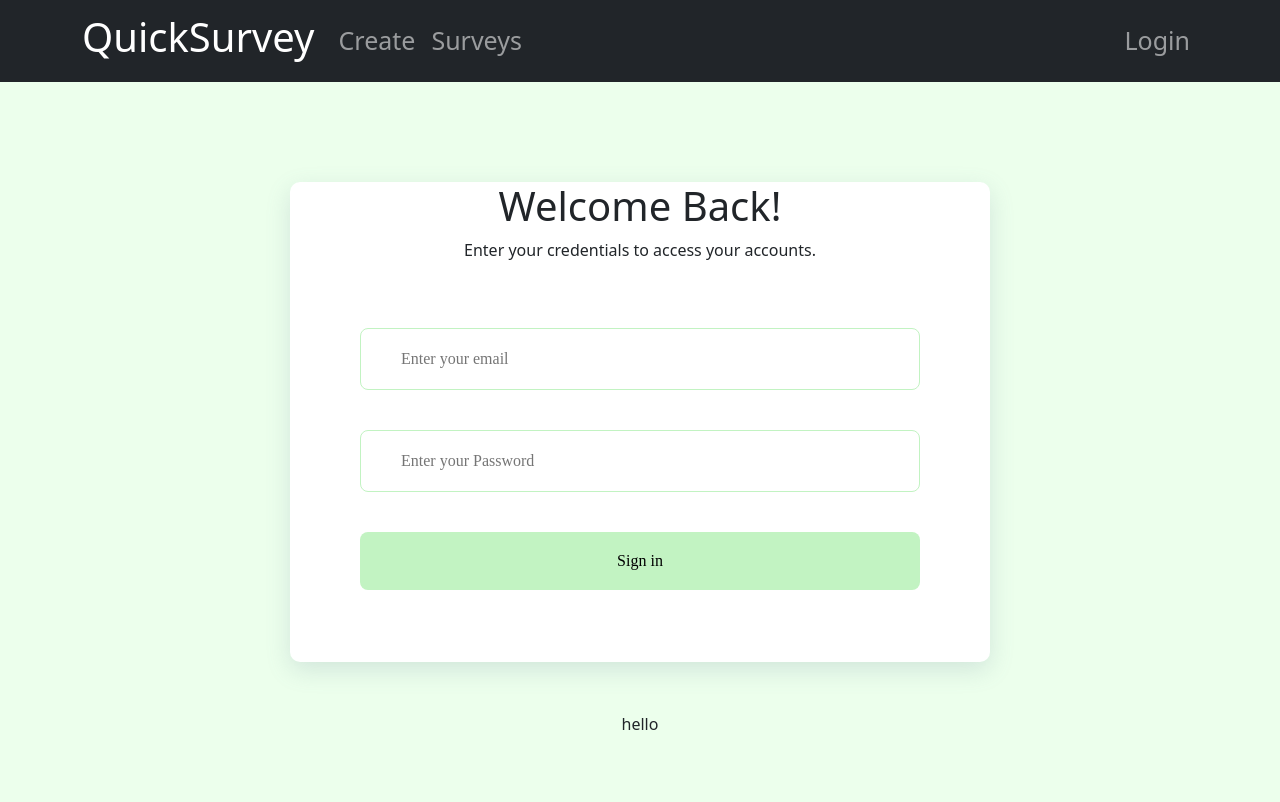
Repository: cakuang1/QuickSurveyReact
Page: /login
The author's editor kept a copy of each file at every save. The page is drawn from the files as they stood at one save, then again after the next save.
The browser window is 1280 px wide. The pictures show the whole page.
The project was rebuilt for these pictures with package versions that can differ from the ones it lists, and the page was loaded fresh each time. Also part of the build but not shown: src/index.css, src/pages/home/home.js, src/pages/create/create.js, src/pages/pastsurveys/pastsurveys.js.

Above is the page before, as saved 2022-07-24 18:22:40.

After the next save:
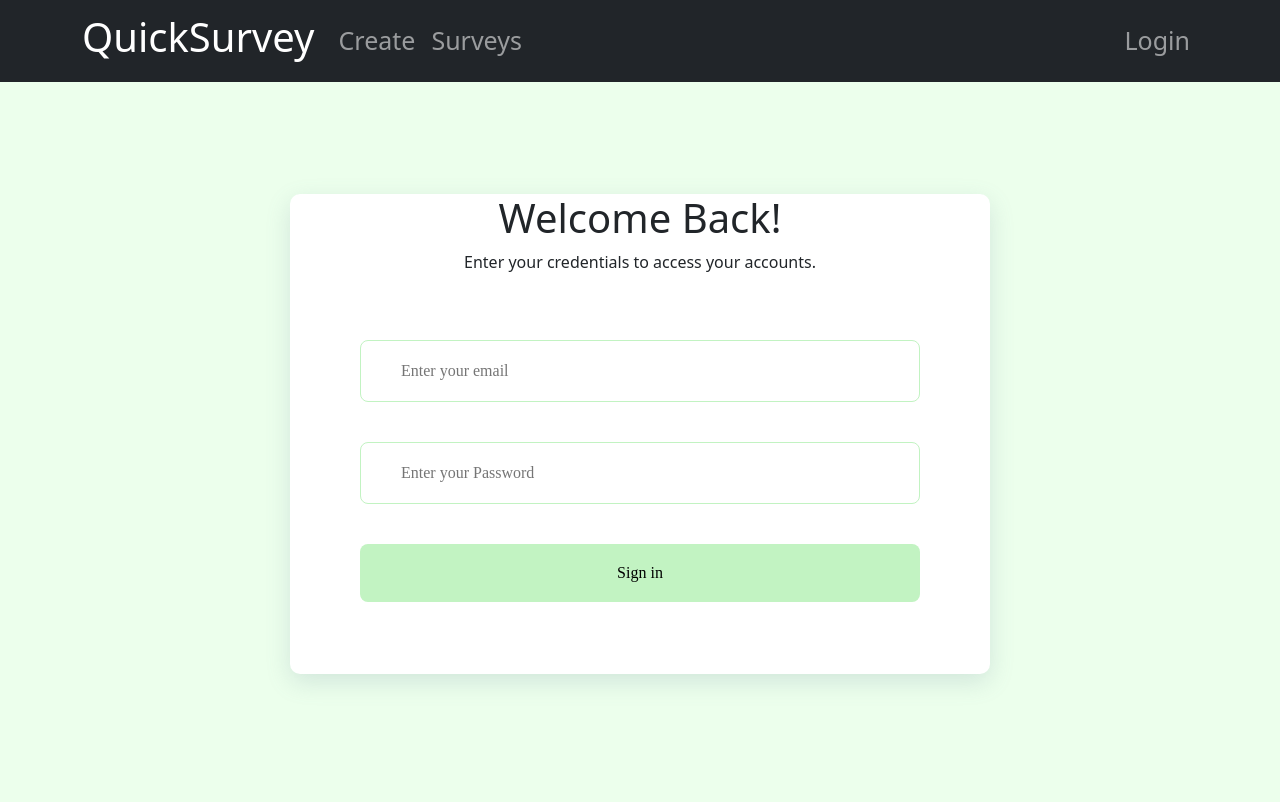
Saved 7 min 49 s later.
--- a/src/pages/login/login.js
+++ b/src/pages/login/login.js
@@ -37,7 +37,7 @@
                     <button type = "submit"> Sign in</button>
                 </form>
             </div>
-            <p>hello</p>
+            <p></p>
         </div>
     )
 

After the 4 saves that followed:
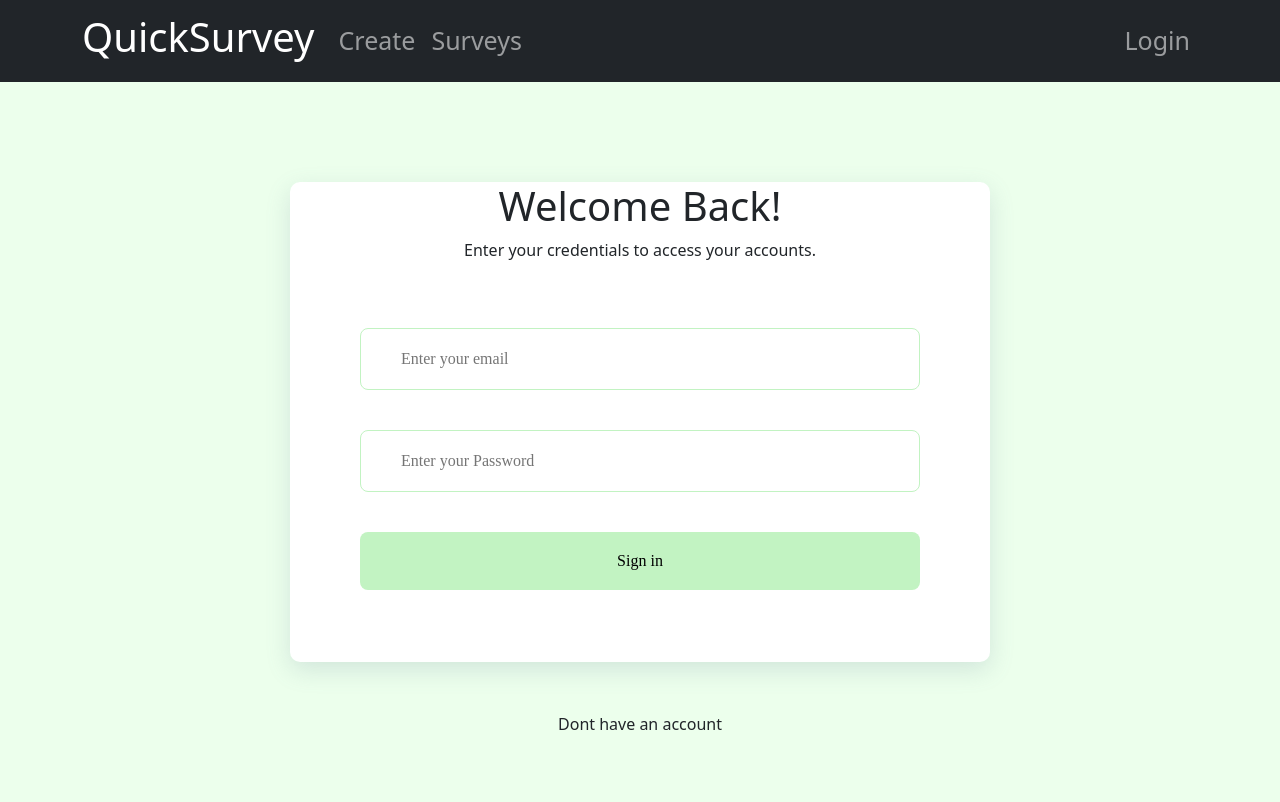
The 4 saves are shown as one change because 2 left the picture as it was and some came seconds apart.
The last was saved 24 s later.
--- a/src/pages/login/login.js
+++ b/src/pages/login/login.js
@@ -37,7 +37,11 @@
                     <button type = "submit"> Sign in</button>
                 </form>
             </div>
-            <p></p>
+            <div>
+            <p>Dont have an account</p>
+
+            </div>
+
         </div>
     )
 
